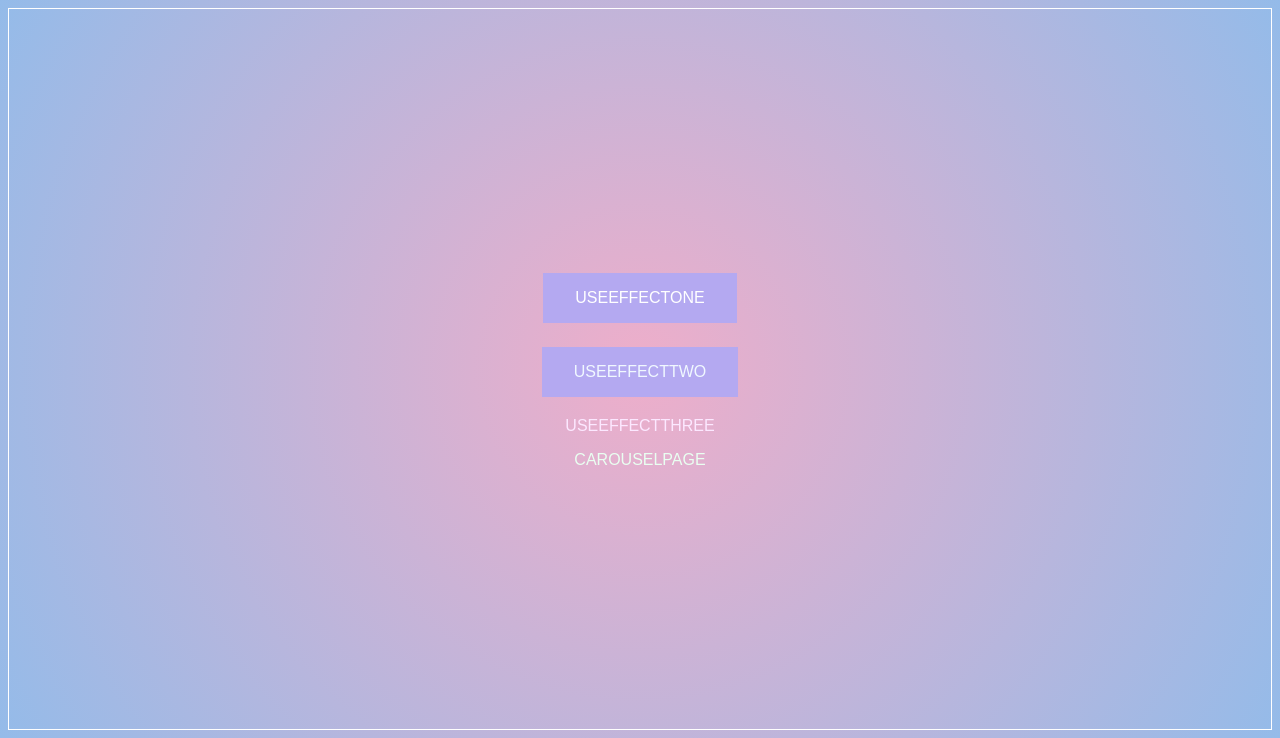
Repository: juliet-jskim/week-8-useEffect-carousel
Page: /
The author's editor kept a copy of each file at every save. The page is drawn from the files as they stood at one save, then again after the next save.
The browser window is 1280 px wide. The pictures show the whole page.
The project was rebuilt for these pictures with package versions that can differ from the ones it lists, and the page was loaded fresh each time. The framework's server and built-in components were replaced by stand-ins that run in the browser. Also part of the build but not shown: next.config.js.

Above is the page before, as saved 2023-02-20 22:30:13.

After the next save:
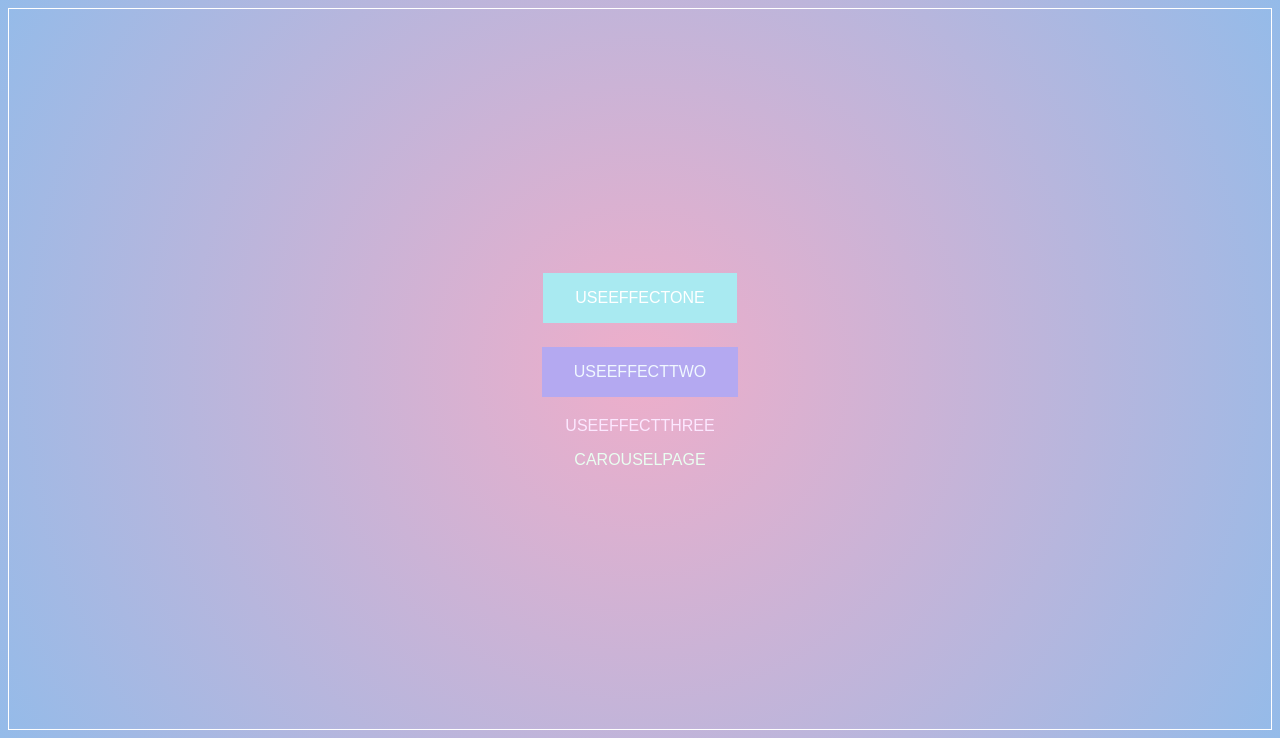
Saved 9 s later.
--- a/styles/Home.module.css
+++ b/styles/Home.module.css
@@ -14,7 +14,7 @@
   font-family: Arial, Helvetica, sans-serif;
   text-transform: uppercase;
   text-decoration: none;
-  background-color: #b4a9f1;
+  background-color: #a9eaf1;
   border: none;
   padding: 1rem 2rem;
   text-align: center;
